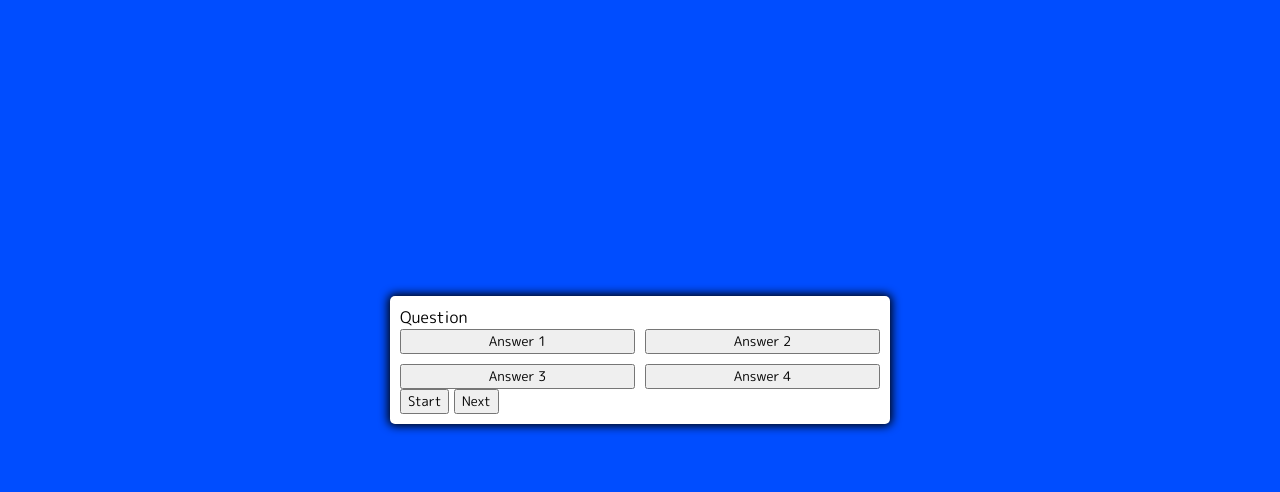
Repository: spidero7/Star-Wars_Quiz-Game
Page: index.html
An editor plug-in stored every save of this project. The page is shown before and after the next save, followed by the edit.
The browser window is 1280 px wide. The pictures show the whole page.

Above is the page before, as saved 2021-08-29 07:56:15.

After the next save:
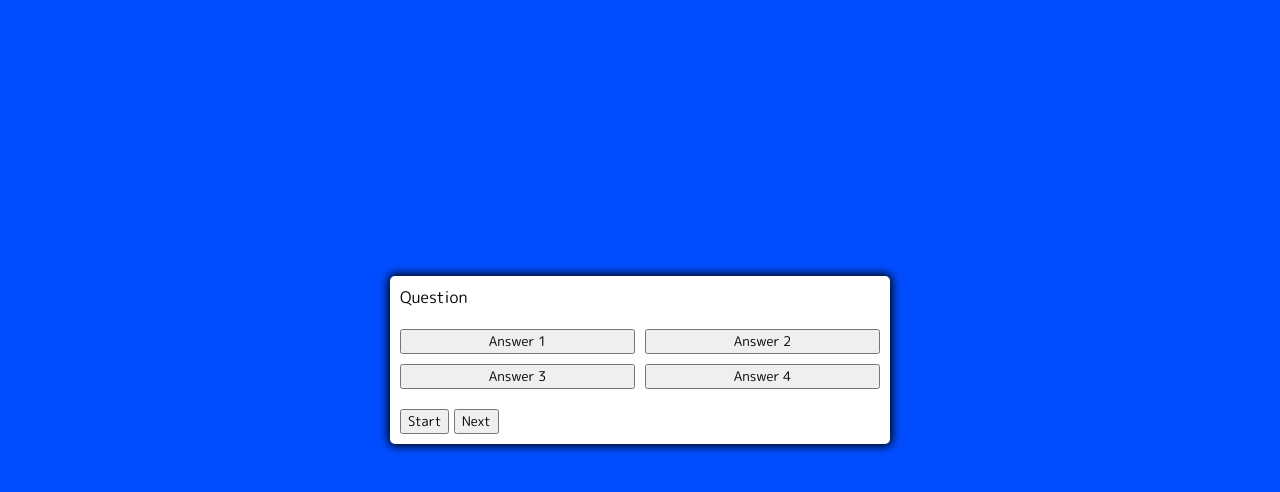
Saved 6 s later.
--- a/style.css
+++ b/style.css
@@ -42,5 +42,5 @@ body.wrong {
     display: grid;
     grid-template-columns: repeat(2, auto);
     gap: 10px;
-    margin: ;
+    margin: 20px 0;
 }
